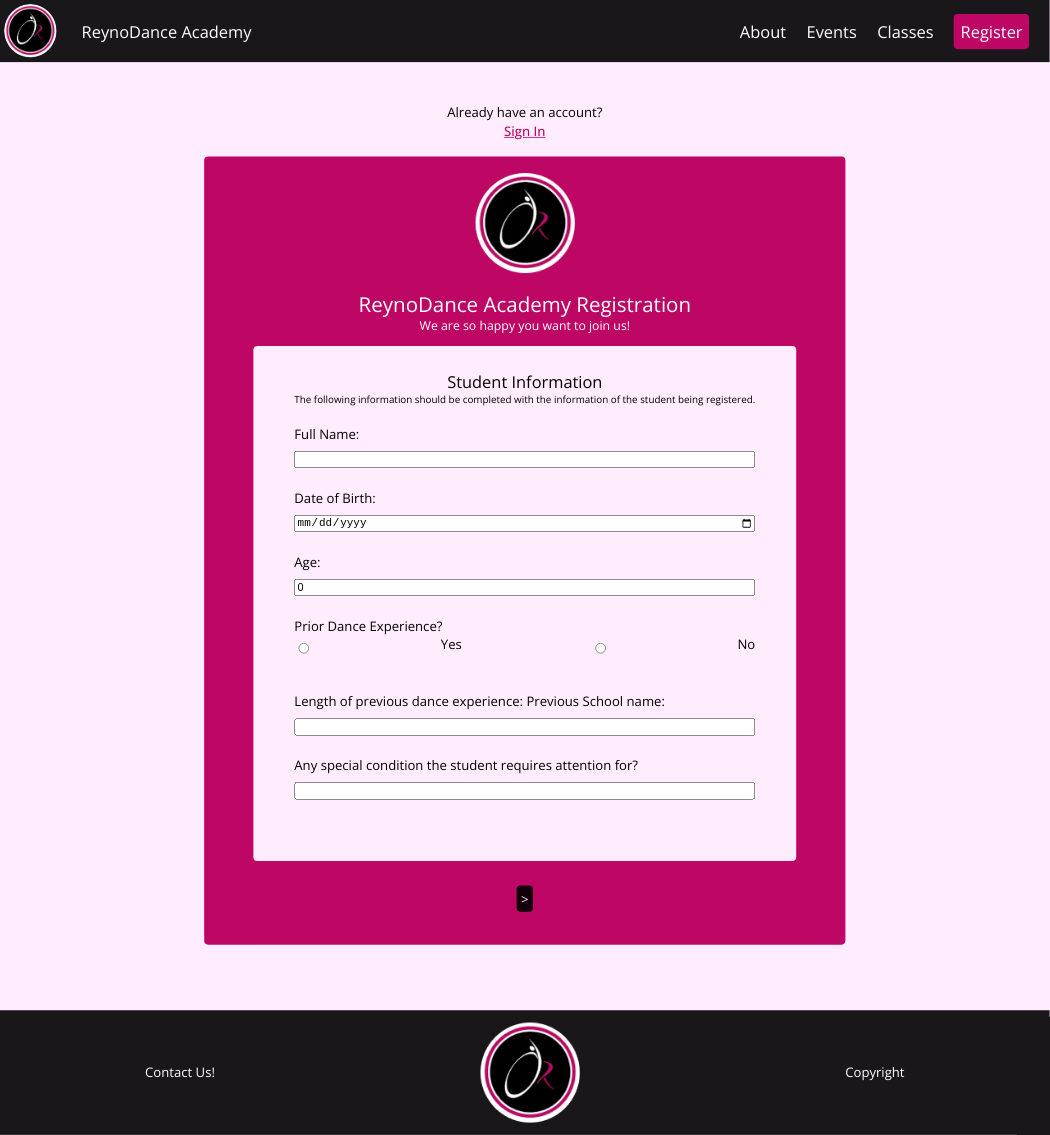
Repository: andreaelpz/reynodance-academy
Page: /register
These files come from the project's save history. The page is drawn as it stood at one moment and after the next save; the edit follows.
The browser window is 1280 px wide. The pictures show the whole page, at 82% of full size.
The project was rebuilt for these pictures with package versions that can differ from the ones it lists, and the page was loaded fresh each time. Also part of the build but not shown: angular.json.

Above is the page before, as saved 2024-11-18 21:50:15.

### src/index.html
<!doctype html>
<html lang="en">
<head>
  <meta charset="utf-8">
  <title>ReynodanceAcademy</title>
  <base href="/">
  <meta name="viewport" content="width=device-width, initial-scale=1">
  <link rel="icon" type="image/x-icon" href="favicon.ico">
</head>
<body>
  <app-root></app-root>
</body>
</html>

### src/styles.css
/* You can add global styles to this file, and also import other style files */
@import url('https://fonts.googleapis.com/css2?family=Open+Sans:wght@300;400;500;600;700;800&display=swap');

:root {
  --black: rgb(0,0,0,.9);
  --lightPink: #FFEDFE;
  --hotPink: #BE0765;
}

body {
  margin: 0;
  background: var(--lightPink);
  font-family: 'Open Sans', sans-serif;
  font-weight: 300;
  color: white;
}

### src/app/app.module.ts
import { NgModule } from '@angular/core';
import { BrowserModule } from '@angular/platform-browser';
import { FormsModule } from '@angular/forms';
import { AppRoutingModule } from './app-routing.module';

import { AppComponent } from './app.component';
import { NavbarComponent } from './navbar/navbar.component';
import { AboutComponent } from './about/about.component';
import { ClassesComponent } from './classes/classes.component';
import { EventsComponent } from './events/events.component';
import { RegisterComponent } from './user/register/register.component';
import { LoginComponent } from './login/login.component';
import { SignInComponent } from './user/sign-in/sign-in.component';
import { DashboardComponent } from './dashboard/dashboard.component';
import { HomeComponent } from './home/home.component';
import { FooterComponent } from './footer/footer.component';

@NgModule({
  declarations: [
    AppComponent,
    NavbarComponent,
    AboutComponent,
    ClassesComponent,
    EventsComponent,
    RegisterComponent,
    LoginComponent,
    SignInComponent,
    DashboardComponent,
    HomeComponent,
    FooterComponent
  ],
  imports: [
    BrowserModule,
    AppRoutingModule,
    FormsModule
  ],
  providers: [],
  bootstrap: [AppComponent]
})
export class AppModule { }

### src/app/app-routing.module.ts
import { NgModule } from '@angular/core';
import { RouterModule, Routes } from '@angular/router';
import { AboutComponent } from './about/about.component';
import { ClassesComponent } from './classes/classes.component';
import { EventsComponent } from './events/events.component';
import { SignInComponent } from './user/sign-in/sign-in.component';
import { DashboardComponent } from './dashboard/dashboard.component';
import { HomeComponent } from './home/home.component';
import { RegisterComponent } from './user/register/register.component';

const routes: Routes = [
  {path: 'about', component: AboutComponent, title:"About - ReynoDance"},
  {path: 'classes', component: ClassesComponent, title:"Classes - ReynoDance"},
  {path: 'events', component: EventsComponent, title:"Events - ReynoDance"},
  {path: 'register', component: RegisterComponent, title:"Register - ReynoDance"},
  {path: 'sign-in', component: SignInComponent, title:"Sign-In - ReynoDance"},
  {path: 'dashboard', component: DashboardComponent, title:"Dashboard - ReynoDance"},
  {path: '', component: HomeComponent, title:"ReynoDance Academy"}
];

@NgModule({
  imports: [RouterModule.forRoot(routes)],
  exports: [RouterModule]
})
export class AppRoutingModule { }

### src/app/app.component.ts
import { Component } from '@angular/core';

@Component({
  selector: 'app-root',
  templateUrl: './app.component.html',
  styleUrls: ['./app.component.css']
})
export class AppComponent {
  title = 'reynodance-academy';
}

### src/app/user/register/register.component.ts
import { Component } from '@angular/core';
import { User } from '../user.models';

@Component({
  selector: 'app-register',
  templateUrl: './register.component.html',
  styleUrls: ['./register.component.css']
})

export class RegisterComponent {
  user: User = {
    fullName: '',
    dateOfBirth: null,
    age: 0,
    hasDanceExperience: false,
    mother: {
      name: '',
      address: '',
      phone: '',
    },
    father: {
      name: '',
      address: '',
      phone: '',
    },
  };

  currentPage: number = 1;
  confirmation: boolean = false;

  nextPage(): void{
    this.currentPage++;
  }

  previousPage(): void{
    this.currentPage--;
  }

  submitForm(): void{
    this.confirmation = true;
  }

  closeConfirmation(): void{
    this.confirmation = false;
  }
}

### src/app/navbar/navbar.component.html
<div class = "container">
  <div class = "left">
    <a href = ""> <img class = "logo" src="/assets/images/logo.png" alt="Logo"/> </a>
    <a href = "">ReynoDance Academy</a>
  </div>
  <div class = "right">
    <a href = "/about">About</a>
    <a href = "/events">Events</a>
    <a href = "/classes">Classes</a>
    <a class = "register" href = "/register">Register</a>
  </div>
</div>

### src/app/navbar/navbar.component.css
.container{
  display: flex;
  justify-content: space-between;
  font-size: 20px;
  background-color: var(--black);
}

.left{
  display: flex;
  align-items: center;
  margin-left: 5px;
}

.left *{
  margin-right: 15px;
}

.logo{
  height: 65px;
  border-radius: 100%;
  margin-top: 5px;
}

.right{
  display: flex;
  align-items: center;
  margin-right: 25px;
}

.right *{
  margin-left: 25px;
}

a{
  text-decoration: none;
  color: white;
}

.register{
  background-color: var(--hotPink);
  padding: 8px;
  border-radius: 5px;
}

.register:hover{
  border-color: 10px solid var(--hotPink);
  background-color: #FFEDFE;
  color: var(--hotPink);
  font-size: 18px;
  font-weight: 400;
  border-color: var(--hotPink)
}

### src/app/user/register/register.component.html
<div class="container">
  <div class="accountExists">
    Already have an account?
  </div>
  <div class="sign-in">
    <a href="/sign-in">Sign In</a>
  </div>
  <div class="background">
    <img class = "logo" src = "/assets/images/logo.png"/>
    <div class="title">ReynoDance Academy Registration</div>
    <div class = "greeting"> We are so happy you want to join us!</div>

    <form (ngSubmit)="submitForm()">
      <!-- STUDENT INFORMATION -->
      <div class = "student" *ngIf= "currentPage === 1">
        <div class = "formTitle">Student Information</div>
        <div class = "info"> The following information should be completed with the information of the student being registered.</div>
        <br>
        Full Name: <input [(ngModel)]="user.fullName" name="name" type="text" />
        Date of Birth:<input [(ngModel)]="user.dateOfBirth" name="dob" type="date" />
        Age:<input [(ngModel)]="user.age" name="age" type="number" />
        Prior Dance Experience?
        <div class="experience">
          <input [(ngModel)]="user.hasDanceExperience" name="experience" type="radio" />Yes
          <input [(ngModel)]="user.hasDanceExperience" name="experience" type="radio" />No
        </div>
        <br />
        Length of previous dance experience:<input name="exLength" type="number" *ngIf="" />
        Previous School name:<input name="prevSchool" type="text" />
        Any special condition the student requires attention for?<input name="condition" type="text" />
      </div>

      <!-- PARENT INFORMATION -->
      <div class = "parent" *ngIf= "currentPage === 2">
        <div class = "formTitle">Parent Information</div>
        <div class = "info"> The following information should be completed with the student's parents' information.</div>
        <br>
        Mother's Name:<input name="momName" type="text" />
        Address:<input name="momAddress" type="text" />
        Phone Number:<input name="momPhoneNum" type="tel" />
        Occupation:<input name="momJob" type="text" />
        Father's Name:<input name="momName" type="text" />
        Address:<input name="dadAddress" type="text" />
        Phone Number:<input name="dadPhoneNum" type="tel" />
        Occupation:<input name="dadJob" type="text" />
      </div>

    </form>

    <div class = "buttons">
      <div *ngIf = "currentPage === 1">
        <button type="button" (click) = nextPage()>></button>
      </div>
      <div *ngIf = "currentPage === 2">
        <button class = "previous" type = "button" (click) = "previousPage()"><</button>
        <button type = "submit" (click) = "submitForm()">Submit</button>
      </div>
    </div>

    <div class = "confirmation" *ngIf="confirmation == true">
      <div class = "formSubmitted">
        Form Submitted Successfully!
        <a href = "/"><button (click) = "closeConfirmation()">OK</button></a>
      </div>
    </div>
  </div>
</div>

### src/app/user/register/register.component.css
.container {
  color: black;
  display: flex;
  justify-content: space-around;
  align-items: center;
  border: 80px solid var(--lightPink);
  background-color: transparent;
  flex-direction: column;
}

.accountExists{
  margin-top: -30px;
  margin-bottom: 1px;
}

a{
  color: var(--hotPink);
  text-decoration: underline;
}

.sign-in{
  margin-bottom: 20px;
  font-weight: 500;
}

.background {
  background-color: var(--hotPink);
  border-radius: 5px;
  padding: 60px;
  display: flex;
  flex-direction: column;
  align-items: center;
}

.logo{
  margin-top: -40px;
  margin-bottom: 20px;
}

.title{
  font-size: 25px;
  color: white;
}

.greeting{
  margin-bottom: 15px;
  font-size: 15px;
  color: white;
}

.student{
  display: flex;
  flex-direction: column;
  padding: 30px 50px 50px 50px;
  border-radius: 5px;
  background-color: var(--lightPink);
}

.parent{
  display: flex;
  flex-direction: column;
  padding: 30px 50px 50px 50px;
  border-radius: 5px;
  background-color: var(--lightPink);
}

.formTitle{
 display: flex;
 justify-content: center;
 font-size: 20px;
}

.info{
  display: flex;
  text-align: center;
  font-size: 12px;
}

.student input{
  margin-bottom: 25px;
  margin-top: 10px;
}

.parent input{
  margin-bottom: 25px;
  margin-top: 10px;
}

.experience{
  display:flex;
  justify-content: space-between;
}

.buttons{
  margin-top: 30px;
  margin-bottom: -20px;
  display: flex;
  justify-content: space-around;
}

.confirmation {
  position: fixed;
  top: 0;
  left: 0;
  width: 100%;
  height: 100%;
  background-color: rgba(0, 0, 0, 0.5);
  display: flex;
  justify-content: center;
  align-items: center;
  z-index: 1000;
}

.formSubmitted {
  background-color: white;
  padding: 20px;
  border-radius: 10px;
  text-align: center;
  display: flex;
  flex-direction: column;
}

.formSubmitted button{
  margin-top: 15px;
}

.previous{
  margin-right: 40px;
}

button{
  border: none;
  font: inherit;
  cursor: pointer;
  border-radius: 5px;
  background-color: var(--black);
  color: var(--lightPink);
  padding: 5px;
}

button:hover{
  font-weight: 600;
}

### src/app/footer/footer.component.html
<div class = "container">
    <div class = "links">Contact Us!</div>
    <img class = "logo" src="/assets/images/logo.png">
    <div class = "copyright">Copyright</div>
</div>

### src/app/footer/footer.component.css
.container{
    background-color: var(--black);
    display: flex;
    flex-direction: row;
    justify-content: space-around;
    padding: 15px;
    align-items: center;
}

### src/app/classes/classes.component.ts
import { Component } from '@angular/core';

@Component({
  selector: 'app-classes',
  templateUrl: './classes.component.html',
  styleUrls: ['./classes.component.css']
})
export class ClassesComponent {

}

### src/app/user/sign-in/sign-in.component.ts
import { Component } from '@angular/core';

@Component({
  selector: 'app-sign-in',
  templateUrl: './sign-in.component.html',
  styleUrls: ['./sign-in.component.css']
})
export class SignInComponent {

  signIn(): void{

  }
}

### src/app/about/about.component.html
<div class = "container">
    <div class = "title">Meet Our Team!</div>
    <div class = "teacher">
        <img class = "teacherPhoto" src="/assets/images/norma.png">
        <div class = "teacherTitle">NORMA DE LOS REYES
            <div class = "teacherPos">Founder</div>
            <div class = "teacherInfo">Lorem ipsum dolor sit amet, consectetur adipiscing elit, sed do eiusmod tempor incididunt ut labore et dolore magna aliqua. Ut enim ad minim veniam, quis nostrud exercitation ullamco laboris nisi ut aliquip ex ea commodo consequat. Duis aute irure dolor in reprehenderit in voluptate velit esse cillum dolore eu fugiat nulla pariatur. Excepteur sint occaecat cupidatat non proident, sunt in culpa qui officia deserunt mollit anim id est laborum.</div>
        </div>
    </div>

    <div class = "teacher">
        <div class = "teacherTitle">MARCELA CAVAZOS
            <div class = "teacherPos">Ballet Teacher</div>
            <div class = "teacherInfo">Lorem ipsum dolor sit amet, consectetur adipiscing elit, sed do eiusmod tempor incididunt ut labore et dolore magna aliqua. Ut enim ad minim veniam, quis nostrud exercitation ullamco laboris nisi ut aliquip ex ea commodo consequat. Duis aute irure dolor in reprehenderit in voluptate velit esse cillum dolore eu fugiat nulla pariatur. Excepteur sint occaecat cupidatat non proident, sunt in culpa qui officia deserunt mollit anim id est laborum.</div>
        </div>
        <img class = "teacherPhoto" src="/assets/images/norma.png">
    </div>

    <div class = "teacher">
        <img class = "teacherPhoto" src="/assets/images/norma.png">
        <div class = "teacherTitle">LIRA
            <div class = "teacherPos">Gymnastics Teacher</div>
            <div class = "teacherInfo">Lorem ipsum dolor sit amet, consectetur adipiscing elit, sed do eiusmod tempor incididunt ut labore et dolore magna aliqua. Ut enim ad minim veniam, quis nostrud exercitation ullamco laboris nisi ut aliquip ex ea commodo consequat. Duis aute irure dolor in reprehenderit in voluptate velit esse cillum dolore eu fugiat nulla pariatur. Excepteur sint occaecat cupidatat non proident, sunt in culpa qui officia deserunt mollit anim id est laborum.</div>
        </div>
    </div>

    <div class = "teacher">
        <div class = "teacherTitle">ROMAN PACHECO
            <div class = "teacherPos">Jazz Teacher</div>
            <div class = "teacherInfo">Lorem ipsum dolor sit amet, consectetur adipiscing elit, sed do eiusmod tempor incididunt ut labore et dolore magna aliqua. Ut enim ad minim veniam, quis nostrud exercitation ullamco laboris nisi ut aliquip ex ea commodo consequat. Duis aute irure dolor in reprehenderit in voluptate velit esse cillum dolore eu fugiat nulla pariatur. Excepteur sint occaecat cupidatat non proident, sunt in culpa qui officia deserunt mollit anim id est laborum.</div>
        </div>
        <img class = "teacherPhoto" src="/assets/images/norma.png">
    </div>
</div>>

### src/app/about/about.component.css
.container{
  color: black;
  display:flex;
  flex-direction: column;
  align-items: center;
  padding: 30px 50px 50px 50px;
}

.title{
  font-size: 24px;
  margin: 30px 40px 50px 40px;
  font-weight: 400;
}

.teacher{
  display:flex;
  justify-content: space-between;
  align-items: center;
  margin-top: 20px;
  margin-bottom: 40px;
  gap: 20px;
}

.teacherPhoto{
  width: 50%;
}

.teacherTitle{
  display:flex;
  flex-direction: column;
  align-items: center;
  padding: 15px;
  width: 50%;
  font-size: 18px;
}

.teacherPos{
  display: flex;
  font-size: 14px;
}

.teacherInfo{
  display: flex;
  text-align: center;
  font-size: 12px;
}

### src/app/classes/classes.component.css
p{
  background-color: green;
  color: black;
}

### src/app/events/events.component.css
p{
  background-color: green;
  color: black;
}

### src/app/user/sign-in/sign-in.component.html
<div class="container">
  <div class = "background">
    <img class = "logo" src = "/assets/images/logo.png"/>
    <div class="reynodance">ReynoDance Academy Sign-In</div>
    <div class = "title"> Sign-In to view your dashboard!</div>
    <form class = "sign-in" (ngSubmit)="signIn()">
      Username:<input name = "username" type="text" email/>
      Password:<input name = "username" type="text" />
    </form>
    <a href= "/dashboard" ><button class = "login" type="submit">Sign-In</button></a>
  </div>
</div>

### src/app/user/sign-in/sign-in.component.css
.container{
  color: black;
  display: flex;
  justify-content: space-around;
  align-items: center;
  border: 80px solid var(--lightPink);
  background-color: transparent;
}

.background{
  background-color: var(--hotPink);
  padding: 50px;
  border-radius: 5px;
  display: flex;
  flex-direction: column;
  align-items: center;
}

.sign-in{
  display:flex;
  flex-direction: column;
  background-color: var(--lightPink);
  padding: 30px 50px 30px 50px;
  border-radius: 5px;
}

.sign-in input{
  margin-bottom: 25px;
  margin-top: 10px;
}

.logo{
  margin-top: -40px;
  margin-bottom: 20px;
}

.reynodance{
  font-size: 25px;
  color: white;
}

.title{
  margin-bottom: 15px;
  font-size: 15px;
  color: white;
}

.login{
  margin-top: 30px;
  margin-bottom: -20px;
  background-color: var(--black);
  color: var(--lightPink);
}

button{
  border: none;
  font: inherit;
  cursor: pointer;
  border-radius: 5px;
  background-color: var(--black);
  color: var(--lightPink);
  padding: 5px;
}

button:hover{
  font-weight: 600;
}

### src/app/dashboard/dashboard.component.css
p{
  background-color: green;
  color: black;
}

### src/app/home/home.component.css
p{
  background-color: green;
}

Loaded but not shown: src/main.ts (common file); src/app/navbar/navbar.component.ts (common file); src/app/footer/footer.component.ts (common file); src/app/app.component.html (common file); src/app/about/about.component.ts (common file); src/app/events/events.component.ts (common file); src/app/login/login.component.ts (common file); src/app/dashboard/dashboard.component.ts (common file); src/app/home/home.component.ts (common file); src/app/classes/classes.component.html (common file); src/app/events/events.component.html (common file); src/app/login/login.component.html (common file); src/app/dashboard/dashboard.component.html (common file); src/app/home/home.component.html (common file); src/app/app.component.css (no copy from this time; the picture is the same without it)

After the next save:
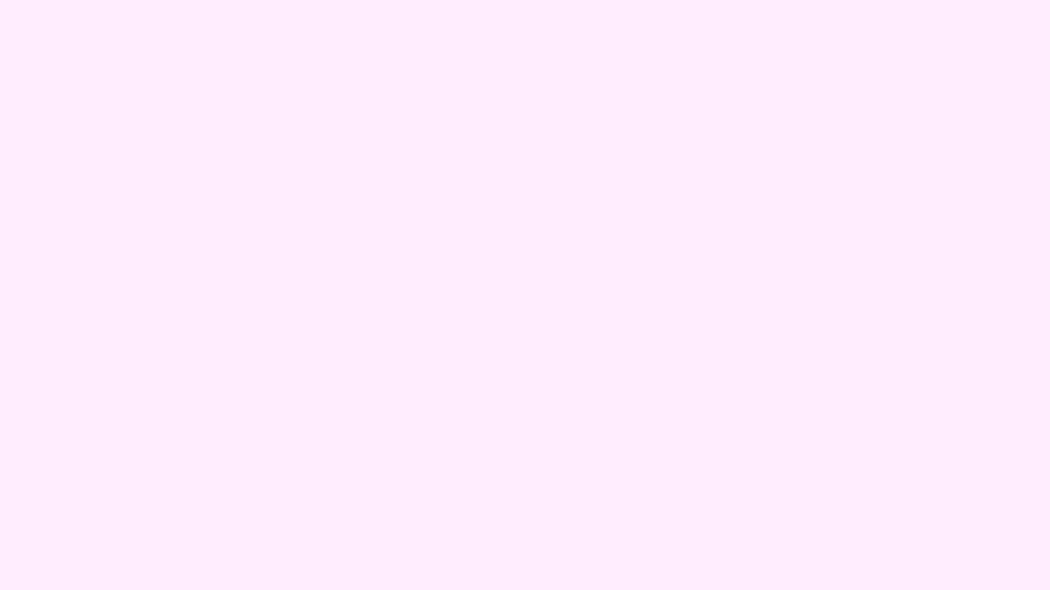
Saved 4 s later.
--- a/src/app/user/register/register.component.html
+++ b/src/app/user/register/register.component.html
@@ -25,7 +25,7 @@
           <input [(ngModel)]="user.hasDanceExperience" name="experience" type="radio" />No
         </div>
         <br />
-        Length of previous dance experience:<input name="exLength" type="number" *ngIf="" />
+        Length of previous dance experience:<input name="exLength" type="number" *ngIf="user." />
         Previous School name:<input name="prevSchool" type="text" />
         Any special condition the student requires attention for?<input name="condition" type="text" />
       </div>

After the 2 saves that followed:
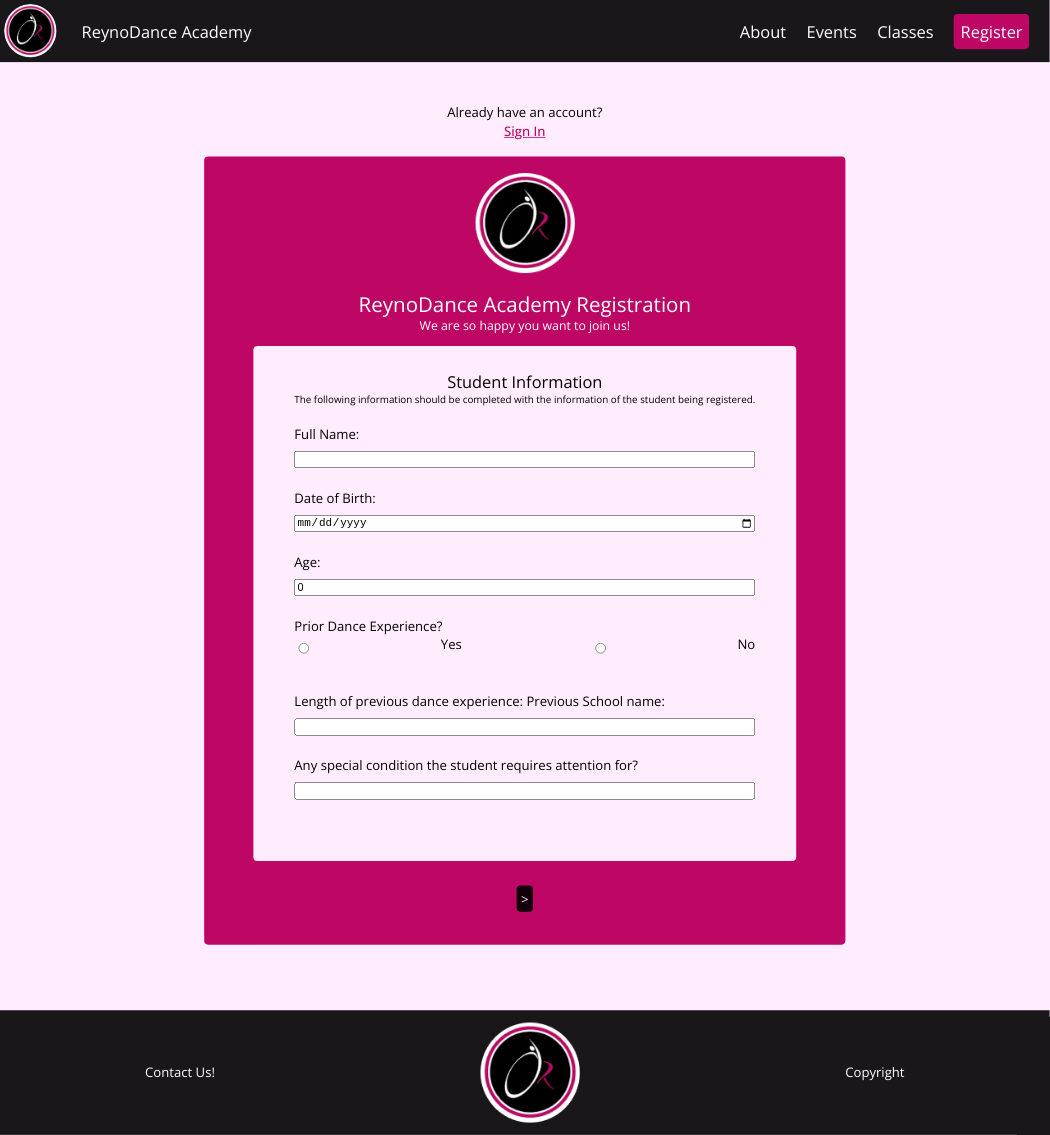
The 2 saves are shown as one change because they came seconds apart.
The last was saved 8 s later.
--- a/src/app/user/register/register.component.html
+++ b/src/app/user/register/register.component.html
@@ -25,7 +25,7 @@
           <input [(ngModel)]="user.hasDanceExperience" name="experience" type="radio" />No
         </div>
         <br />
-        Length of previous dance experience:<input name="exLength" type="number" *ngIf="user." />
+        Length of previous dance experience:<input name="exLength" type="number" *ngIf="user.hasDanceExperience == true" />
         Previous School name:<input name="prevSchool" type="text" />
         Any special condition the student requires attention for?<input name="condition" type="text" />
       </div>
